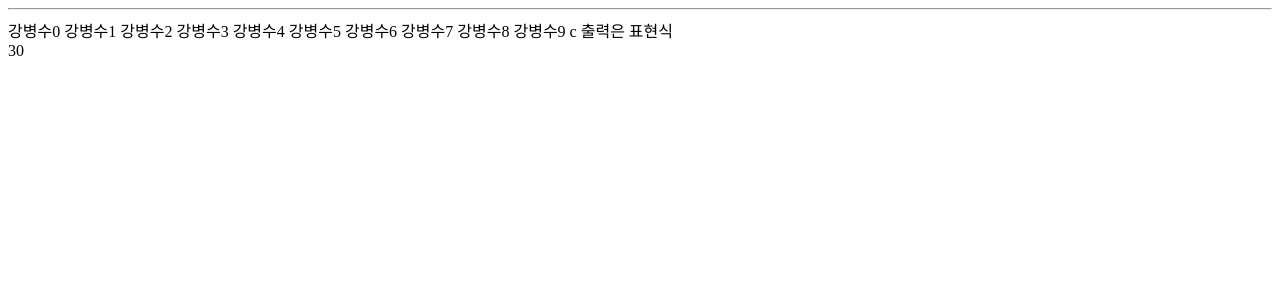
Repository: Rua1006/JSP
Page: http://localhost/practice01/
These files come from the project's save history. The page is drawn as it stood at one moment and after the next save; the edit follows.
The browser window is 1280 px wide. The pictures show the whole page.
The page is served by Tomcat 9. Other server files are loaded and not shown.

Above is the page before, as saved 2022-10-11 05:57:55.

### practice01/WebContent/index.jsp
<%@ page language="java" contentType="text/html; charset=UTF-8"
    pageEncoding="UTF-8"%>
<%@ page import="java.util.Date" %>
<!DOCTYPE html>
<html>
<head>
<meta charset="UTF-8">
<title>웹 문서 테스트</title>
</head>
<body>
<%!
	//선언문  - 객체, 변수, 메소드 선언시
	int a = 20;
	int b = 30;
	Date now = new Date();
%>
<hr>
<%
	//처리 구문 -> 스크립트릿(scriptlet) : 자바코드
	int c;
	String name = "강병수";
	if(a>b){
		c = a;
	}else{
		c = b;
	}
	for(int d=0; d<10; d++){
		out.println(name+d);
	}
	out.println("c 출력은 표현식");
%>
<!-- 각주 -->
<div id="result"><%=c %></div>

</body>
</html>

After the next save:
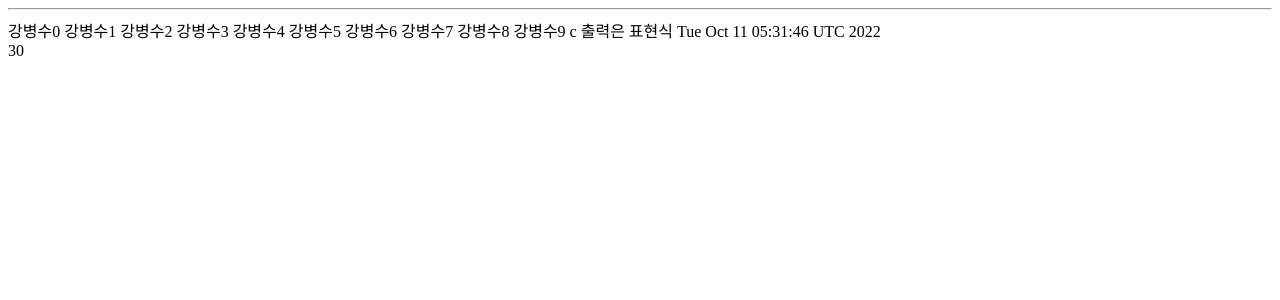
Saved 2 min 11 s later.
--- a/practice01/WebContent/index.jsp
+++ b/practice01/WebContent/index.jsp
@@ -28,6 +28,7 @@
 		out.println(name+d);
 	}
 	out.println("c 출력은 표현식");
+	out.println(now);
 %>
 <!-- 각주 -->
 <div id="result"><%=c %></div>
